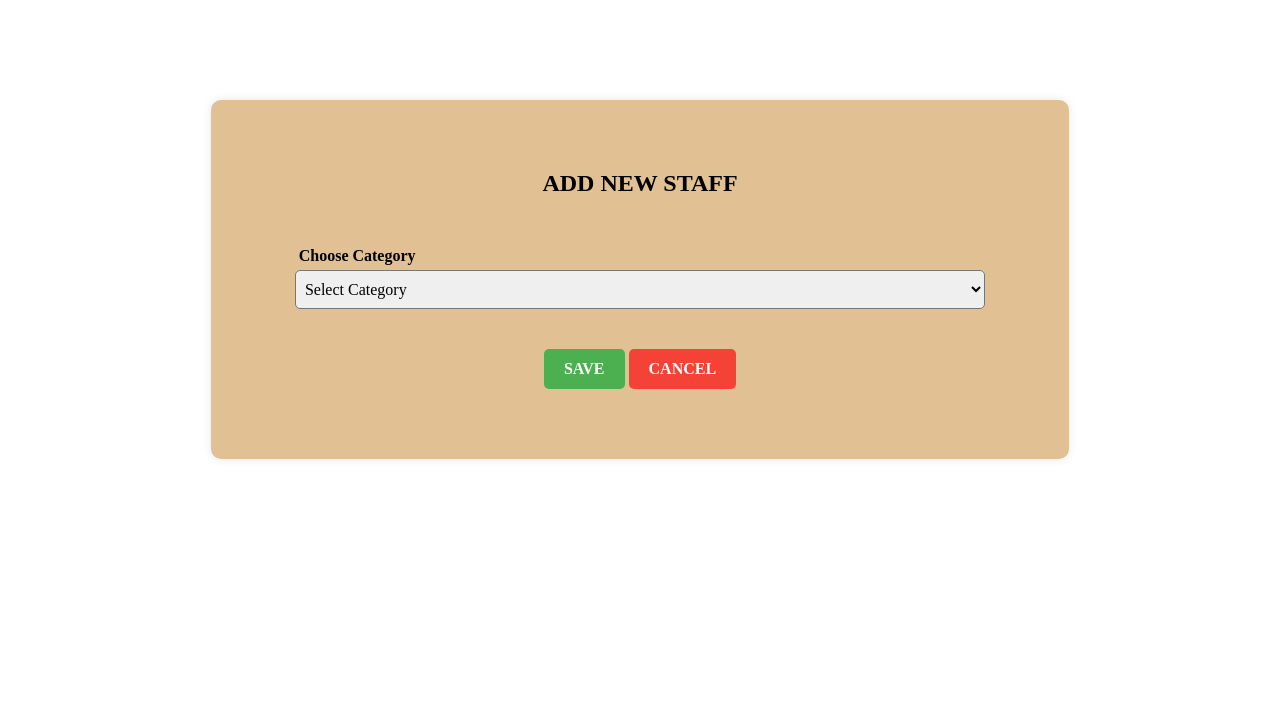
Repository: devikrishna908/RURAL-LIBRARY-MANAGEMENT
Page: http://localhost/library-management/WEB-INF/jsp/add-book.jsp
These files come from the project's save history. The page is drawn as it stood at one moment and after the next save; the edit follows.
The browser window is 1280 px wide. The pictures show the whole page.
The page is served by Tomcat 9. Nobody is signed in. The template is opened directly, without the code that normally fills it, so the values that code supplies are empty.

Above is the page before, as saved 2024-05-24 05:57:29.

After the next save:
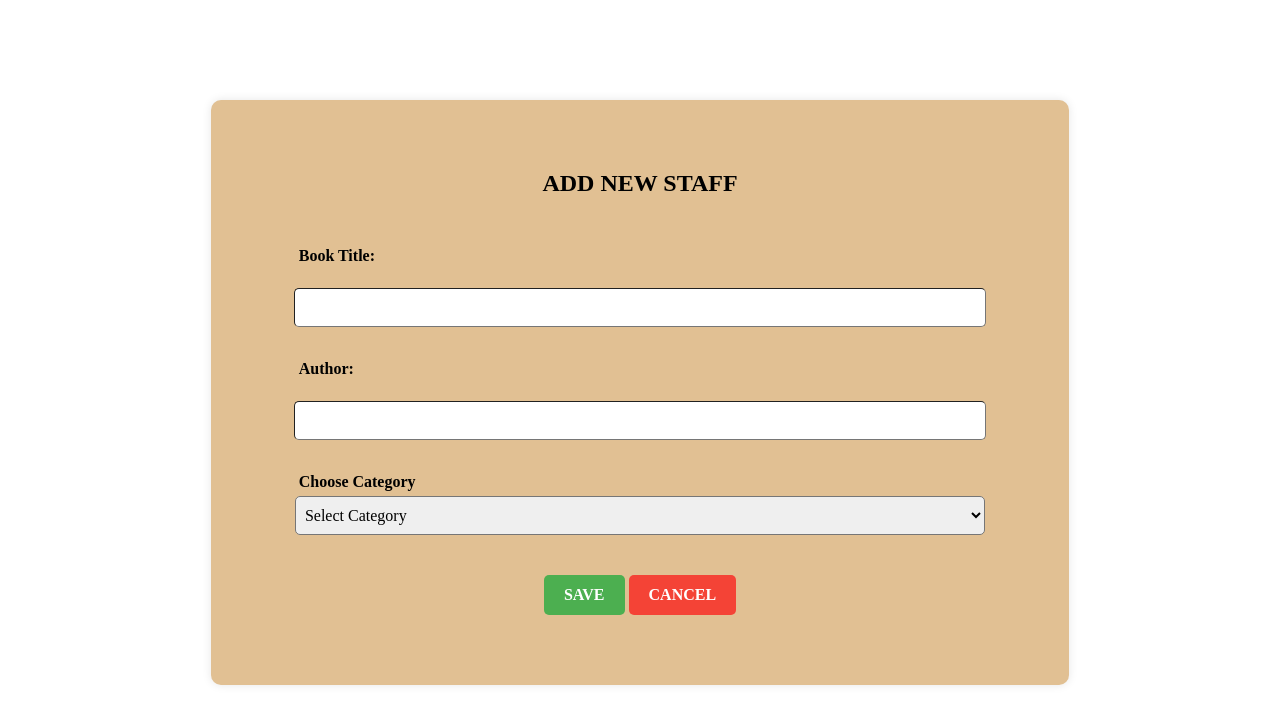
Saved 88 s later.
--- a/library-management/src/main/webapp/WEB-INF/jsp/add-book.jsp
+++ b/library-management/src/main/webapp/WEB-INF/jsp/add-book.jsp
@@ -14,8 +14,13 @@
 			<form name="create" method="post" action="/add-book"
 				onsubmit="return validateForm()">
 
+	    	    <label for="bookTitle">Book Title:</label><br>
+    	    	<input type="text" id="bookTitle" name="bookTitle"><br><br>
 
-				<label for="service">Choose Category</label>
+		        <label for="author">Author:</label><br>
+    		    <input type="text" id="author" name="author"><br><br>
+
+				<label for="category">Choose Category</label>
 				<select id="service" name="service">
 					<option value="nil">Select Category</option>
 					<option value="NOVEL">NOVEL</option>
